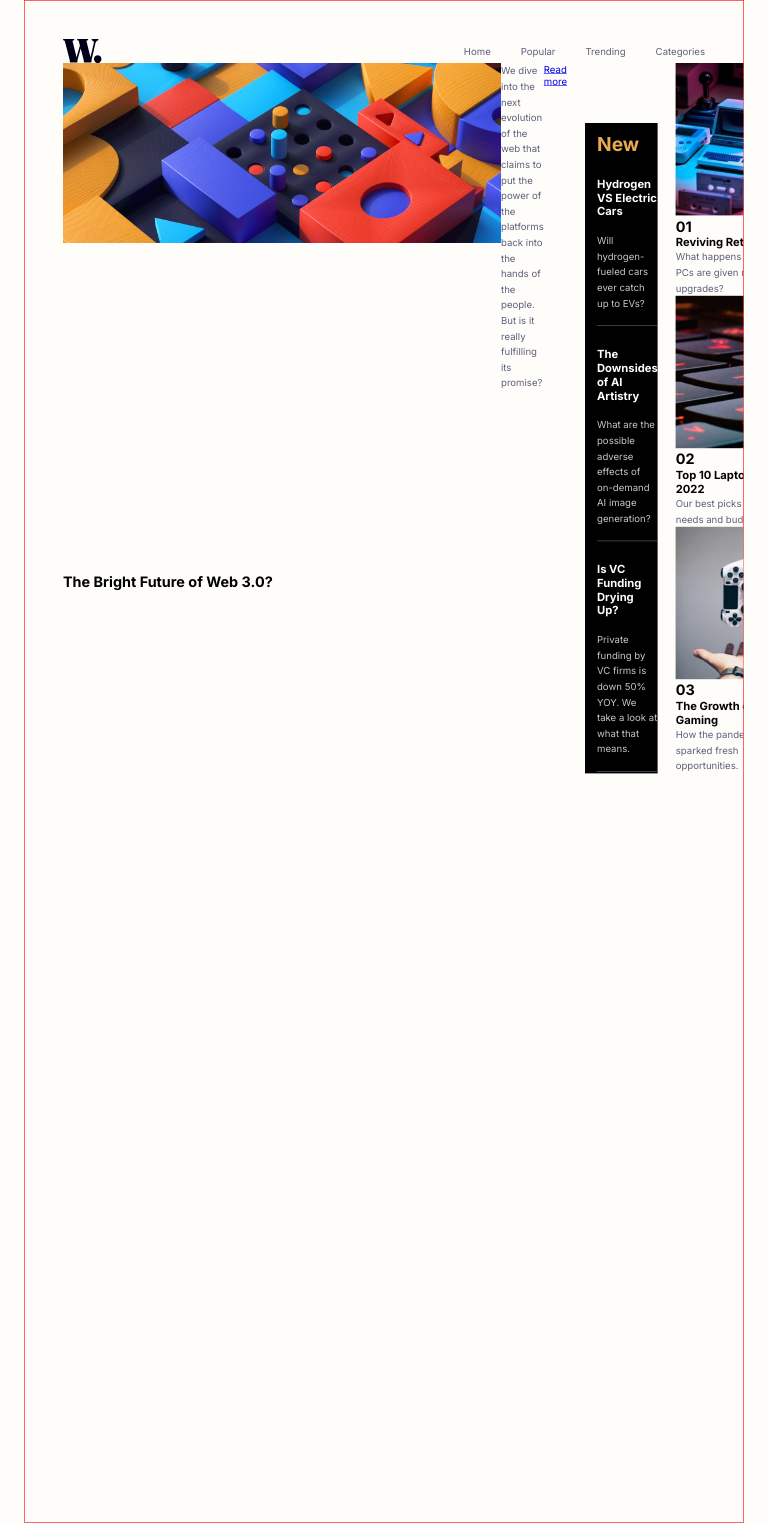
Repository: Arkitecth/news-webpage
Page: index.html
These files come from the project's save history. The page is drawn as it stood at one moment and after the next save; the edit follows.
The browser window is 1280 px wide. The pictures show the whole page, at 60% of full size.

Above is the page before, as saved 2023-06-07 20:31:13.

### index.html
<!DOCTYPE html>
<html lang="en">
<head>
  <meta charset="UTF-8">
  <meta name="viewport" content="width=device-width, initial-scale=1.0"> <!-- displays site properly based on user's device -->
  <title>News homepage</title>
  <link rel="stylesheet" media="screen and (max-width:1440px)"href="style.css">
  <link rel="stylesheet" media="screen and (min-width:320px) and (max-width:768px)" href="mobile.css">
</head>
<body>
  <main>
    <nav class="flex-container">
      <img class="logo" src="assets/images/logo.svg" alt="logo">
      <div class="hamburger-menu">
        <img class="icon-menu" src="assets/images/icon-menu.svg" alt="icon-menu">
          <ul class="menu-items">
            <li><a href="#"> Home </a> </li>
            <li><a href="#"> Popular </a></li>
            <li><a href="#">Trending </a></li>
            <li><a href="#">Categories</a></li>
          </ul>
      </div>
    </nav>

    <div class="showcase">
      <section class="showcase-card">
        <img class="background-image" src="assets/images/image-web-3-mobile.jpg" alt="background-image">
        <h1>The Bright Future of Web 3.0? </h1>
        <p> We dive into the next evolution of the web that claims to put the power of the platforms back into the hands of the people.
          But is it really fulfilling its promise? </p>
        <a class="primary-btn" href="#">Read more </a>
      </section>

      <section class="news-card">
        <h2>New</h2>
        <article>
          <h3>Hydrogen VS Electric Cars</h3>
          <p>Will hydrogen-fueled cars ever catch up to EVs?  </p>
        </article>

        <article>
          <h3>The Downsides of AI Artistry </h3>
          <p>What are the possible adverse effects of on-demand AI image generation?</p>
        </article>
        <article>
          <h3>Is VC Funding Drying Up?</h3>
          <p>Private funding by VC firms is down 50% YOY. We take a look at what that means.</p>
        </article>
    </section>

    <section class="game-card">
      <article>
        <img src="assets/images/image-retro-pcs.jpg" alt="image-retro-pcs">
        <div class="game-content">
          <h2>01</h2>
          <h3>Reviving Retro PCs</h3>
          <p>What happens when old PCs are given modern upgrades?</p>
        </div>
      </article>

      <article>
        <img src="assets/images/image-top-laptops.jpg" alt="image-top-laptops">
        <div class="game-content">
          <h2>02</h2>
          <h3>Top 10 Laptops of 2022</h3>
          <p>Our best picks for various needs and budgets.</p>
        </div>
      </article>

      <article>
        <img src="assets/images/image-gaming-growth.jpg" alt="image-top-laptops">
        <div class="game-content">
          <h2>03</h2>
          <h3>The Growth of Gaming</h3>
          <p>How the pandemic has sparked fresh opportunities.</p>
        </div>
      </article>

    </section>

    </div>
  </main>
<script src="script.js"></script>

</body>
</html>

### style.css
@import url('https://fonts.googleapis.com/css2?family=Inter:wght@400;700;800&display=swap');

:root {
    --dark-primary: #00001A;
    --dark-secondary:#5E607A;
    --almost-white:#FFFDFA;
    --primary-color:#F15D51;
    --list-color:#5E607A
}

/* Main Styling */
* {
    margin: 0;
    padding: 0;
    box-sizing: border-box;
}


p {
    color: #5E607A;
    line-height: 26px;
}

body {
    font-family: 'Inter', sans-serif;
    background: #FFFDFA;
}

main {
    max-width: 1200px;
    margin: auto;
    padding: 4rem 4rem;
    overflow: hidden;
    border: 1px solid red;
}

/* .showcase {
    display: grid;
    grid-template-columns: 1fr 1fr;
    grid-template-rows: 1fr 1fr 1fr;
} */

.icon-menu {
    display: none;
}

.flex-container {
    display: flex;
    justify-content: space-between;
    align-items: center;
}

.menu-items li  {
    list-style-type: none;
}
.menu-items {
    display: flex;
    justify-content: space-evenly;
    gap: 50px;
}
.menu-items li a {
    color: var(--list-color);
    text-decoration: none;
}

.menu-items li a:hover {
    color: var(--primary-color);
}

.background-image {
    content: url("assets/images/image-web-3-desktop.jpg");
    width: 730px;
}

/* Showcase */

.showcase {
    display: grid;
    grid-template-columns: 1fr 1fr 1fr;
    grid-template-rows: 1fr 1fr;
}

.showcase-card {
    display: grid;
    grid-template-rows: auto auto;
    grid-template-columns: auto auto auto;
}

.showcase-card h1 {
    grid-row-start: 2;
}

.showcase-card p {
    grid-row-start: 2/ span 3;
}
.news-card {
    display: grid;
    justify-content: center;
    background-color: black;
    color: #FFFDFA;
    margin: 100px 30px 0 30px;
    padding-left: 20px;
}

.news-card h2 {
    color: #E9AA52;
    font-size: 2rem;
    padding-top: 1rem;
}

.news-card article h3 {
    padding-bottom: 1.5rem;
    padding-top: 2rem;
}

.news-card article p {
    padding-bottom: 1.5rem;
    border-bottom: 1px solid #5E607A;
    color: #C5C6CE;
}

### script.js
const hamburger = document.querySelector(".hamburger-menu");
const iconMenu = document.querySelector(".icon-menu");
const menuItems = document.querySelector(".menu-items");
const backgroundImage = document.querySelector(".background-image");

const body = document.querySelector("body");
iconMenu.addEventListener("click", () => {
    hamburger.classList.toggle("menu-box");
    iconMenu.classList.toggle("toggle-icon");
    menuItems.classList.toggle("toggle-menu-items");
    body.classList.toggle("toggle-dark");
    backgroundImage.classList.toggle("toggle-background-brightness");
})
iconMenu.src = "assets/images/icon-menu.svg";

### mobile.css
:root {
    --dark-primary: #00001A;
    --dark-secondary:#5E607A;
    --almost-white:#FFFDFA;
    --primary-color:#F15D51;
}
main {
    display: grid;
    grid-template-rows: auto auto auto auto;
}

.flex-container {
    display: flex;
    justify-content: space-between;
    align-items: center;
}

.container {
    margin: 1.25rem;
}

.logo {
    margin: 1.25rem;
}


/* Menu and Nav */
.icon-menu {
    display: block;
}
.menu-items {
    list-style-type: none;
    display: none;
    font-size: 1.125rem;
}

.menu-items li {
    padding: 20px;
}


.menu-items li a {
    text-decoration: none;
    color: #00001A;

}


.hamburger-menu {
    margin: 20px;
}

.toggle-dark {
    background-color: rgba(18, 23, 37, 0.6);
}

.menu-box {
    position: absolute;
    margin: 0;
    top: 0;
    right: 0;
    height: 100vh;
    width: 40vh;
    background-color: var(--almost-white);
    z-index: 1;
}


.toggle-icon {
    content: url("assets/images/icon-menu-close.svg");
    padding-top: 20px;
    margin-left: 80%;
}

.toggle-menu-items {
    display: block;
    padding: 20px;
}

.toggle-background-brightness {
    filter: brightness(50%);
}

.showcase {
    display: block;
}

/* Showcase Card */

.background-image {
    width: 343px;
}

.showcase-card {
    display: grid;
    grid-template-rows: repeat(1fr 1fr 1fr 1fr);
    align-content: center;
    justify-content: center;
}

.showcase-card h1 {
    font-size: 2.5rem;
    font-weight: 800;
    width: 21.4375rem;
    padding: 1rem 0 1rem 0;
}

.showcase-card p {
    width: 21.4375rem;
}

.primary-btn {
    margin-top: 20px;
}

.primary-btn {
    text-decoration: none;
    text-transform: uppercase;
    background-color: var(--primary-color);
    color: var(--almost-white);
    width: 185px;
    height: 48px;
    font-weight: 700;
    font-size: 14px;
    text-align: center;
    padding-top: 15px;
    letter-spacing: 4.38px;
}


.primary-btn:hover {
    background-color: #00001A;
}

/* News Card */
.news-card {
    display: grid;
    justify-content: center;
    background-color: black;
    color: #FFFDFA;
    margin: 100px 30px 0 30px;
    padding-left: 20px;
}

.news-card h2 {
    color: #E9AA52;
    font-size: 2rem;
    padding-top: 1rem;
}

.news-card article h3 {
    padding-bottom: 1.5rem;
    padding-top: 2rem;
}

.news-card article p {
    padding-bottom: 1.5rem;
    border-bottom: 1px solid #5E607A;
    color: #C5C6CE;
}

/* Game Card */

.game-card {
    display: grid;
    grid-template-rows: 1fr 1fr 1fr;
    margin: 100px 30px 0 30px;
    justify-content: center;
    padding-bottom: 100px;
    align-items: center;
    gap:30px
}

.game-card img {
    width: 100px;
    height: 129px;
}

.game-card article {
    display: grid;
    grid-template-columns: auto 1fr;
}

.game-content {
   padding-left: 20px;
}

.game-content h2 {
    color: #C5C6CE;
    font-size: 2rem;
    padding-bottom: 0.5rem;
}

.game-content h3 {
    padding-bottom: 1rem;
}

After the next save:
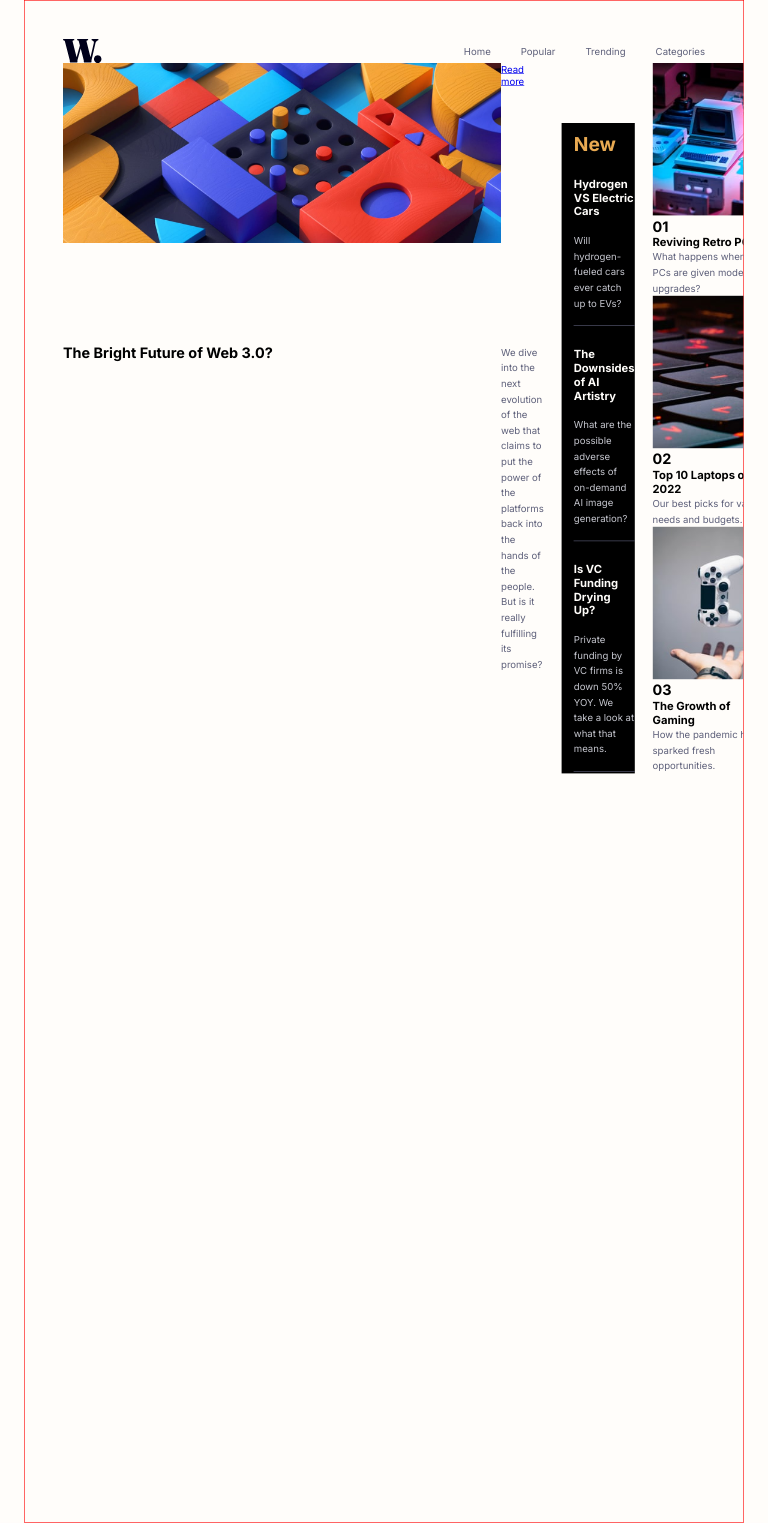
Saved 8 s later.
--- a/style.css
+++ b/style.css
@@ -91,7 +91,7 @@
 }
 
 .showcase-card p {
-    grid-row-start: 2/ span 3;
+    grid-row-start: 2;
 }
 .news-card {
     display: grid;
